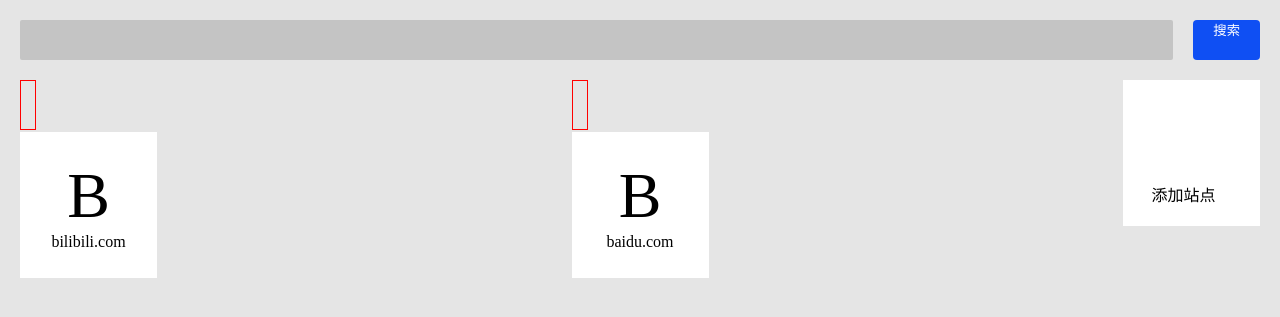
Repository: chenguocan/-
Page: src/index.html
These files come from the project's save history. The page is drawn as it stood at one moment and after the next save; the edit follows.
The browser window is 1280 px wide. The pictures show the whole page.

Above is the page before, as saved 2020-08-12 08:15:10.

### src/index.html
<!DOCTYPE html>
<html lang="en">

<head>
    <meta charset="UTF-8">
    <meta name="viewport"
        content="width=device-width,initial-scale=1,minimum-scale=1,maximum-scale=1,user-scalable=no,viewport-fit=cover">
    <meta http-equiv="X-UA-Compatible" content="ie=edge">
    <title>前端导航</title>
    <link rel="stylesheet" href="./style.css">
    <style type="text/css">
        .icon {
            width: 1em;
            height: 1em;
            vertical-align: -0.15em;
            fill: currentColor;
            overflow: hidden;
        }
    </style>
</head>

<body>
    <header class="globalHeader">
        <form class="searchForm" method="get" action="https://www.baidu.com/s">
            <input name="wd" type="text" />
            <button class="searchButton">搜索</button>
        </form>
    </header>
    <main class="globalMain">
        <ul class="siteList">
            <li class="addButton">
                <div class="logo">
                    <svg class="icon" aria-hidden="true" style="width: 5em; height:5em">
                        <use xlink:href="#icon-jiahao"></use>
                    </svg>
                    <div class="site">添加站点</div>
                </div>
            </li>
        </ul>
    </main>
    <script src="https://cdn.bootcdn.net/ajax/libs/jquery/3.5.1/jquery.slim.min.js"></script>
    <script src="//at.alicdn.com/t/font_2000749_640re2b3w3g.js"></script>
    <script src="./main.js"></script>
</body>

</html>

### src/style.css
*{
    margin: 0;
    padding: 0;
    box-sizing: border-box;
}
*::before{
    margin: 0;
    padding: 0;
    box-sizing: border-box;
}
*::after{
    margin:0;
    padding: 0;
    box-sizing: border-box;
}
body{
    background:#E5E5E5;
}
ul>li{
    list-style: none;
}
a{
    text-decoration: none;
    color: inherit;
}
.searchForm {
    margin:20px;
    display: flex;
    flex-direction: row;
    flex-wrap: nowrap;
    justify-content: space-between;
}
.globalHeader >.searchForm > input{
    width: 100%;
    border: none;
    height: 40px;
    border-radius: 2px;
    background: #C4C4C4;
    padding-left: 10px;
}
.globalHeader >.searchForm> .searchButton{
    display: flex;
    white-space: nowrap;
    border: none;
    color:white;
    margin-left: 20px;
    background:#0F4FF3;
    border-radius:4px;
    padding:0 20px;
}
.siteList{
    display: flex;
    flex-direction: row;
    justify-content: space-between;
    flex-wrap: wrap;
    margin:0 20px;
}
.siteList .siteBox,.addButton{
    display: flex;
    flex-direction: column;
    justify-content: center;
    align-items: center;
    flex-wrap: wrap;
    height: 146px;
    width: 137px;
    margin-bottom: 10px;
    background:#FFFFFF;
}
.siteList .siteBox>.logo{
    font-size: 64px;
}
.siteList .siteBox>.site{
    font-size:16px;
}
.delete>svg{
    border: 1px solid red;
    height: 50px;
}

### src/main.js
const $siteList = $(".siteList");
const $addButton = $(".addButton");
const x = localStorage.getItem('x');
const xObject = JSON.parse(x);
let hashMap = xObject || [
    {
        logo: "B",
        url: "https://www.bilibili.com",
    },
    {
        logo: "D",
        url: "https://www.baidu.com"
    }
];
const replaceUrl = ((url) => {
    return url.replace("http://", "").replace("https://", "").replace("www.", "").replace(/\/.*/, '')
})
function hashMapList(hashMap) {
    hashMap.forEach((item, index) => {
        let string = `
    <li>
        <div class="delete">
           <svg class="icon" aria-hidden="true">
                <use xlink:href="#icon-cha"></use>
           </svg>
        </div>
        <a href="${item.url}">
            <div class="siteBox">
                <div class="logo">${replaceUrl(item.url)[0].toUpperCase()}</div>
                <div class="site">${replaceUrl(item.url)}</div>
            </div>
        </a>
    </li>
    `;
        $(string).insertBefore($addButton);
    })
}
hashMapList(hashMap);
$addButton.click(() => {
    let addUrl = window.prompt("请输入要添加的站点");
    if (addUrl !== null) {
        let logo = replaceUrl(addUrl)[0].toUpperCase();
        let url = addUrl;
        if (addUrl.indexOf("https") === -1) {
            url = "https://" + addUrl;
        }
        //console.log(logo, url)
        let addList = {
            logo,
            url,
        };
        hashMap.push(addList);
        let string = `
    <li>
        <a href="${url}">
            <div class="delete">
                <svg class="icon" aria-hidden="true">
                     <use xlink:href="#icon-cha"></use>
             </svg>
            </div>
            <div class="siteBox">
                <div class="logo">${logo}</div>
                <div class="site">${replaceUrl(url)}</div>
            </div>
        </a>
    </li>
    `
        $(string).insertBefore($addButton);
        console.log(hashMap);
    }
})
window.onbeforeunload = (() => {
    const value = JSON.stringify(hashMap);
    console.log(value);
    window.localStorage.setItem("x", value);
})

After the next save:
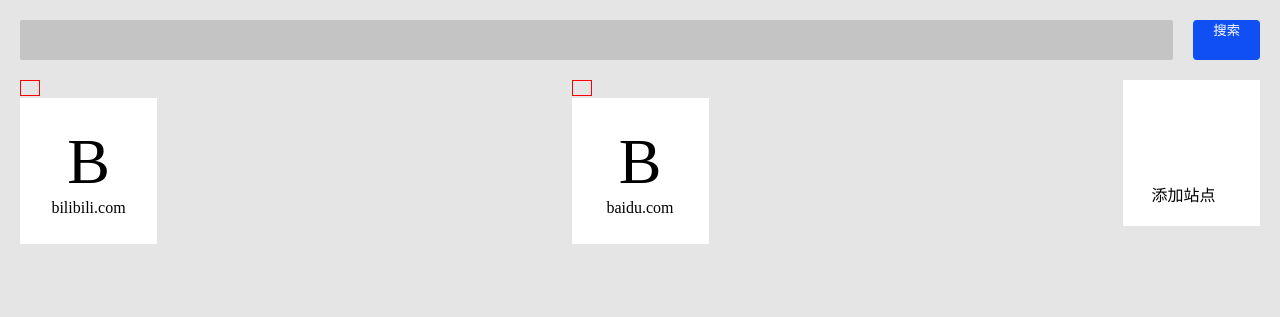
Saved 8 s later.
--- a/src/style.css
+++ b/src/style.css
@@ -74,5 +74,5 @@
 }
 .delete>svg{
     border: 1px solid red;
-    height: 50px;
+    width: 20px;
 }
